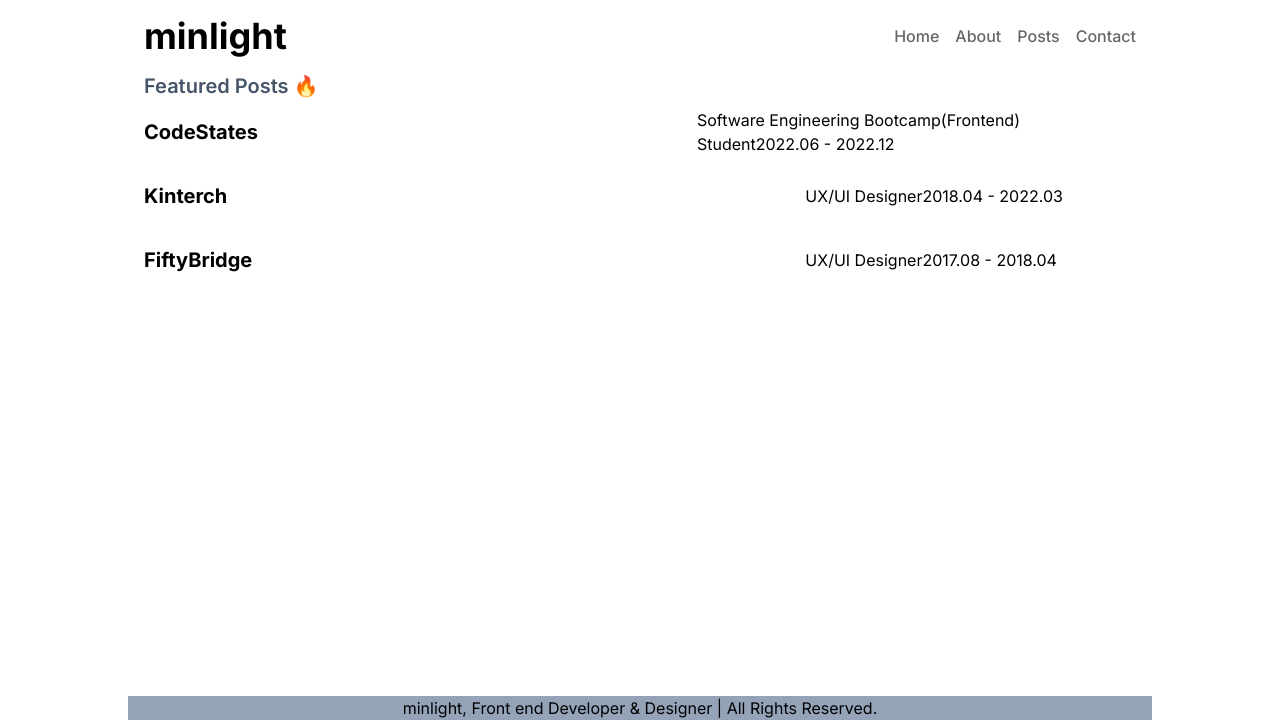
Repository: kwngmin/minlight-blog
Page: /about
The author's editor kept a copy of each file at every save. The page is drawn from the files as they stood at one save, then again after the next save.
The browser window is 1280 px wide. The pictures show the whole page.
The project was rebuilt for these pictures with package versions that can differ from the ones it lists, and the page was loaded fresh each time. The framework's server and built-in components were replaced by stand-ins that run in the browser. Also part of the build but not shown: next.config.js.

Above is the page before, as saved 2023-03-31 23:58:11.

### src/app/layout.tsx
import Footer from "@/components/Footer";
import "./globals.css";
import { Inter } from "next/font/google";
import Header from "@/components/Header";

const inter = Inter({ subsets: ["latin"] });

export const metadata = {
  title: "Create Next App",
  description: "Generated by create next app",
};

export default function RootLayout({
  children,
}: {
  children: React.ReactNode;
}) {
  return (
    <html lang="en" className={inter.className}>
      <body className="flex flex-col w-full max-w-screen-lg mx-auto">
        <Header />
        <main className="grow mx-4">{children}</main>
        <Footer />
      </body>
    </html>
  );
}

### src/app/about/page.tsx
export default function AboutPage() {
  const careerData = [
    {
      company: "CodeStates",
      role: "Software Engineering Bootcamp(Frontend) Student",
      period: "2022.06 - 2022.12",
    },
    {
      company: "Kinterch",
      role: "UX/UI Designer",
      period: "2018.04 - 2022.03",
    },
    {
      company: "FiftyBridge",
      role: "UX/UI Designer",
      period: "2017.08 - 2018.04",
    },
  ];
  return (
    <article>
      <h2 className="text-xl font-semibold text-slate-600">
        Featured Posts 🔥
      </h2>
      <ul>
        {careerData.map(({ company, role, period }) => (
          <li key={company} className="flex items-center h-16">
            <h3 className="font-bold text-xl w-2/3">{company}</h3>
            <p>
              {role}
              <span />
              {period}
            </p>
          </li>
        ))}
      </ul>
    </article>
  );
}

### src/components/Footer.tsx
export default function Footer() {
  return (
    <p className="bg-slate-400 text-center">
      minlight, Front end Developer & Designer | All Rights Reserved.
    </p>
  );
}

### src/app/globals.css
@tailwind base;
@tailwind components;
@tailwind utilities;

* {
  box-sizing: border-box;
  padding: 0;
  margin: 0;
}

html,
body {
  height: 100vh;
  overflow-y: auto;
}

/*
:root {
  --max-width: 1100px;
  --border-radius: 12px;
  --font-mono: ui-monospace, Menlo, Monaco, "Cascadia Mono", "Segoe UI Mono",
    "Roboto Mono", "Oxygen Mono", "Ubuntu Monospace", "Source Code Pro",
    "Fira Mono", "Droid Sans Mono", "Courier New", monospace;

  --foreground-rgb: 0, 0, 0;
  --background-start-rgb: 214, 219, 220;
  --background-end-rgb: 255, 255, 255;

  --primary-glow: conic-gradient(
    from 180deg at 50% 50%,
    #16abff33 0deg,
    #0885ff33 55deg,
    #54d6ff33 120deg,
    #0071ff33 160deg,
    transparent 360deg
  );
  --secondary-glow: radial-gradient(
    rgba(255, 255, 255, 1),
    rgba(255, 255, 255, 0)
  );

  --tile-start-rgb: 239, 245, 249;
  --tile-end-rgb: 228, 232, 233;
  --tile-border: conic-gradient(
    #00000080,
    #00000040,
    #00000030,
    #00000020,
    #00000010,
    #00000010,
    #00000080
  );

  --callout-rgb: 238, 240, 241;
  --callout-border-rgb: 172, 175, 176;
  --card-rgb: 180, 185, 188;
  --card-border-rgb: 131, 134, 135;
}

@media (prefers-color-scheme: dark) {
  :root {
    --foreground-rgb: 255, 255, 255;
    --background-start-rgb: 0, 0, 0;
    --background-end-rgb: 0, 0, 0;

    --primary-glow: radial-gradient(rgba(1, 65, 255, 0.4), rgba(1, 65, 255, 0));
    --secondary-glow: linear-gradient(
      to bottom right,
      rgba(1, 65, 255, 0),
      rgba(1, 65, 255, 0),
      rgba(1, 65, 255, 0.3)
    );

    --tile-start-rgb: 2, 13, 46;
    --tile-end-rgb: 2, 5, 19;
    --tile-border: conic-gradient(
      #ffffff80,
      #ffffff40,
      #ffffff30,
      #ffffff20,
      #ffffff10,
      #ffffff10,
      #ffffff80
    );

    --callout-rgb: 20, 20, 20;
    --callout-border-rgb: 108, 108, 108;
    --card-rgb: 100, 100, 100;
    --card-border-rgb: 200, 200, 200;
  }
}

* {
  box-sizing: border-box;
  padding: 0;
  margin: 0;
}

html,
body {
  max-width: 100vw;
  overflow-x: hidden;
}

body {
  color: rgb(var(--foreground-rgb));
  background: linear-gradient(
      to bottom,
      transparent,
      rgb(var(--background-end-rgb))
    )
    rgb(var(--background-start-rgb));
}

a {
  color: inherit;
  text-decoration: none;
}

@media (prefers-color-scheme: dark) {
  html {
    color-scheme: dark;
  }
} */

### src/components/Header.tsx
import Link from "next/link";

const navData = [
  { name: "Home", path: "/" },
  { name: "About", path: "/about" },
  { name: "Posts", path: "/posts" },
  { name: "Contact", path: "/contact" },
];

export default function Header() {
  return (
    <div className="max-w-screen-2xl">
      <div className="flex justify-between items-center m-4">
        <Link href="/">
          <h1 className="text-4xl font-bold">minlight</h1>
        </Link>
        <nav className="flex gap-4">
          {navData.map(({ name, path }) => (
            <Link
              href={path}
              key={path}
              className="text-black/60 hover:text-black font-medium hover:underline decoration-slate-400 hover:decoration-4 underline-offset-8"
            >
              {name}
            </Link>
          ))}
        </nav>
      </div>
    </div>
  );
}

### tailwind.config.js
/** @type {import('tailwindcss').Config} */
module.exports = {
  content: ["./src/**/*.{js,ts,jsx,tsx}"],
  theme: {
    extend: {},
  },
  plugins: [require("@tailwindcss/typography")],
};

After the next save:
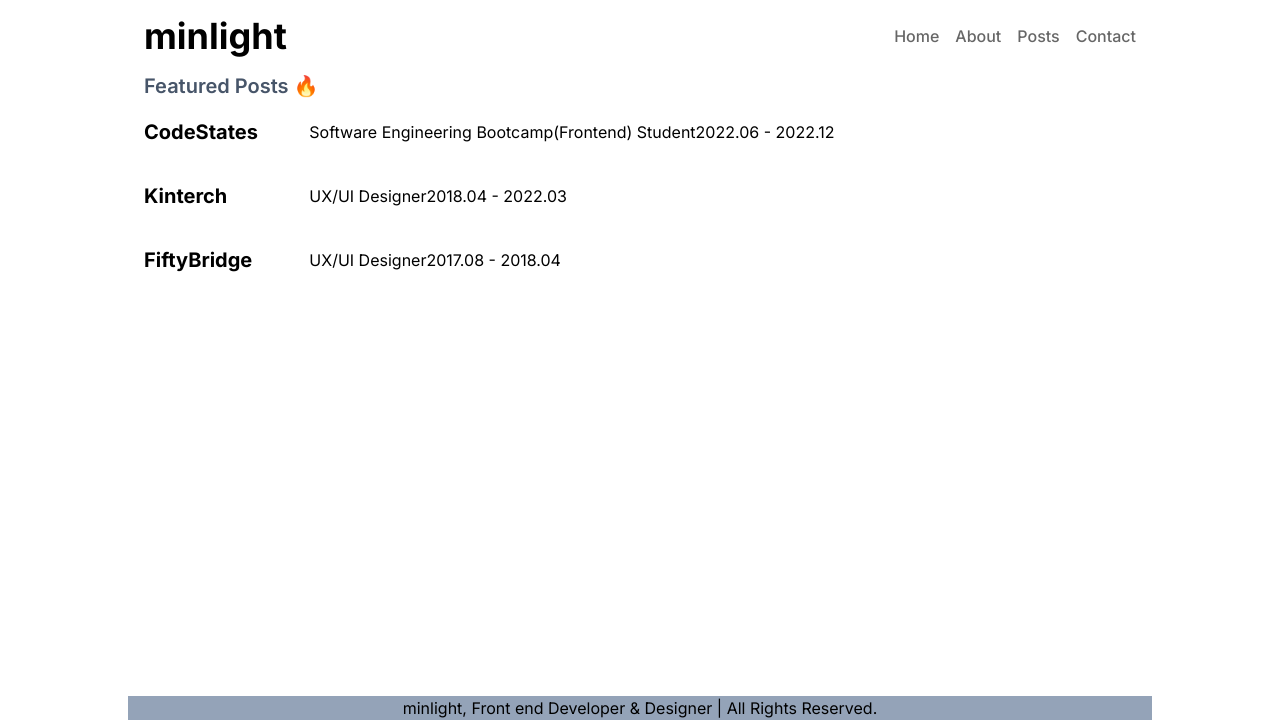
Saved 11 s later.
--- a/src/app/about/page.tsx
+++ b/src/app/about/page.tsx
@@ -24,7 +24,7 @@ export default function AboutPage() {
       <ul>
         {careerData.map(({ company, role, period }) => (
           <li key={company} className="flex items-center h-16">
-            <h3 className="font-bold text-xl w-2/3">{company}</h3>
+            <h3 className="font-bold text-xl w-1/6">{company}</h3>
             <p>
               {role}
               <span />
